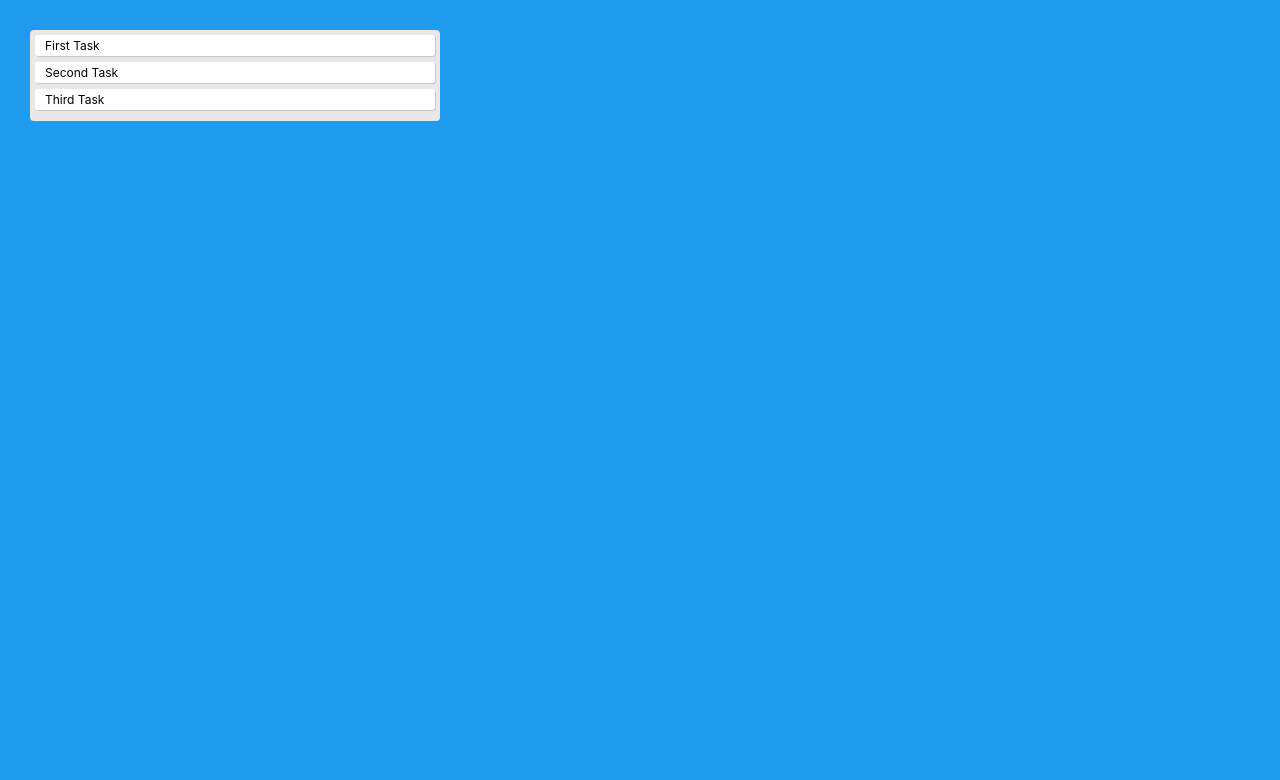
Repository: raphaelconstantino/todo-instances
Page: /
These files come from the project's save history. The page is drawn as it stood at one moment and after the next save; the edit follows.
The browser window is 1280 px wide. The pictures show the whole page.
The project was rebuilt for these pictures with package versions that can differ from the ones it lists, and the page was loaded fresh each time.

Above is the page before, as saved 2019-10-01 21:09:00.

### src/App.js
import React, { useState } from 'react';
import './App.css'

function Todo({ todo, index }) {
  return (
    <div className="todo">{todo.text}</div>
  )
}

function TodoForm({ addTodo }) {
  const [value, setValue] = useState('');
  return (
    <form onSubmit={handleSubmit}>
      <input type="text" className="input" value={value} onChange={e => setValue(e.target.value)} />
    </form>
  )
}

function App() {
  const [todos, setTodos] = useState([
    {
      text: "First Task",
      isCompleted: false
    },
    {
      text: "Second Task",
      isCompleted: false
    },
    {
      text: "Third Task",
      isCompleted: false
    }
  ]);

  return (
    <div className="app">
      <div className="todo-list">
        {
          todos.map((todo, index) => (
            <Todo key={index} index={index} todo={todo} />
          ))
        }
      </div>
    </div>
  )
}

export default App;

Loaded but not shown: public/index.html (common file); src/index.js (common file); src/index.css (common file); src/serviceWorker.js (common file); src/App.css (common file)

After the next save:
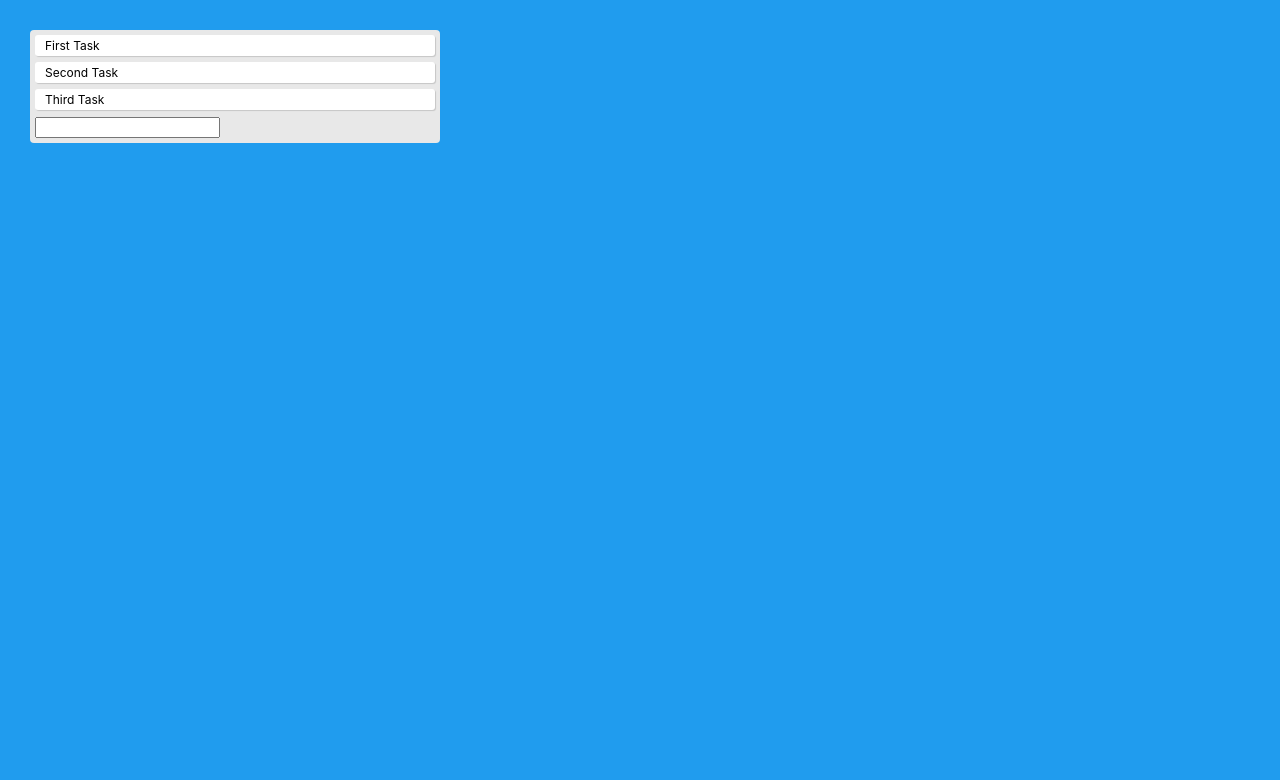
Saved 2 min 39 s later.
--- a/src/App.js
+++ b/src/App.js
@@ -9,6 +9,14 @@ function Todo({ todo, index }) {
 
 function TodoForm({ addTodo }) {
   const [value, setValue] = useState('');
+
+  const handleSubmit = e => {
+    e.preventDefault();
+    if (!value) return;
+    addTodo(value);
+    setValue('');
+  }
+
   return (
     <form onSubmit={handleSubmit}>
       <input type="text" className="input" value={value} onChange={e => setValue(e.target.value)} />
@@ -32,6 +40,11 @@ function App() {
     }
   ]);
 
+  const addTodo = text => {
+    const newTodos = [...todos, { text }];
+    setTodos(newTodos)
+  }
+
   return (
     <div className="app">
       <div className="todo-list">
@@ -40,6 +53,7 @@ function App() {
             <Todo key={index} index={index} todo={todo} />
           ))
         }
+        <TodoForm addTodo={addTodo} />
       </div>
     </div>
   )
